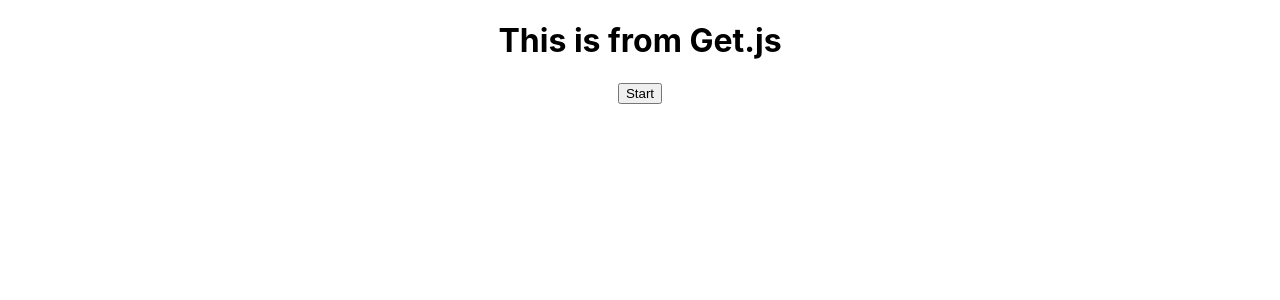
Repository: Imprasna/practising-API
Page: /
The author's editor kept a copy of each file at every save. The page is drawn from the files as they stood at one save, then again after a run of saves.
The browser window is 1280 px wide. The pictures show the whole page.
The project was rebuilt for these pictures with package versions that can differ from the ones it lists, and the page was loaded fresh each time.

Above is the page before, as saved 2021-11-01 15:02:21.

After the next 4 saves:
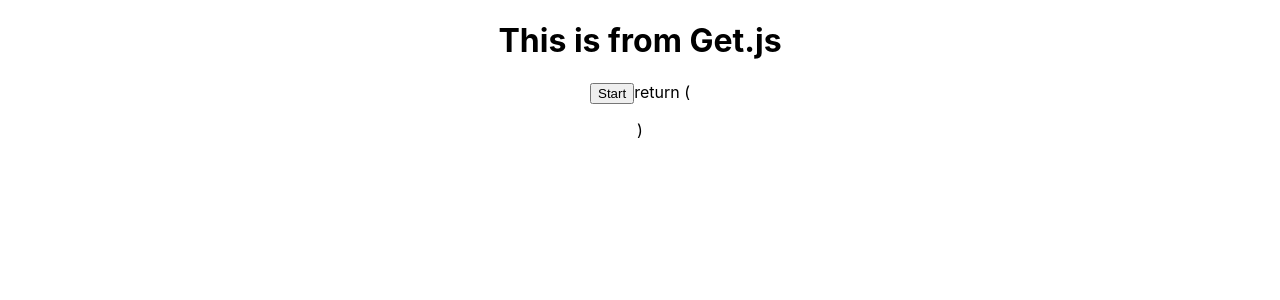
The 4 saves are shown as one change because they came seconds apart.
The last was saved 28 s later.
--- a/src/Get.js
+++ b/src/Get.js
@@ -30,7 +30,9 @@ const Get = () =>
         <div>
             <h1>This is from Get.js</h1>
             <button onClick={getData}>Start</button>
+            return (
             <p>{getPost.data }</p>
+            )
             {/* <p>{getPost.map((i) =>
             {
                 return (
